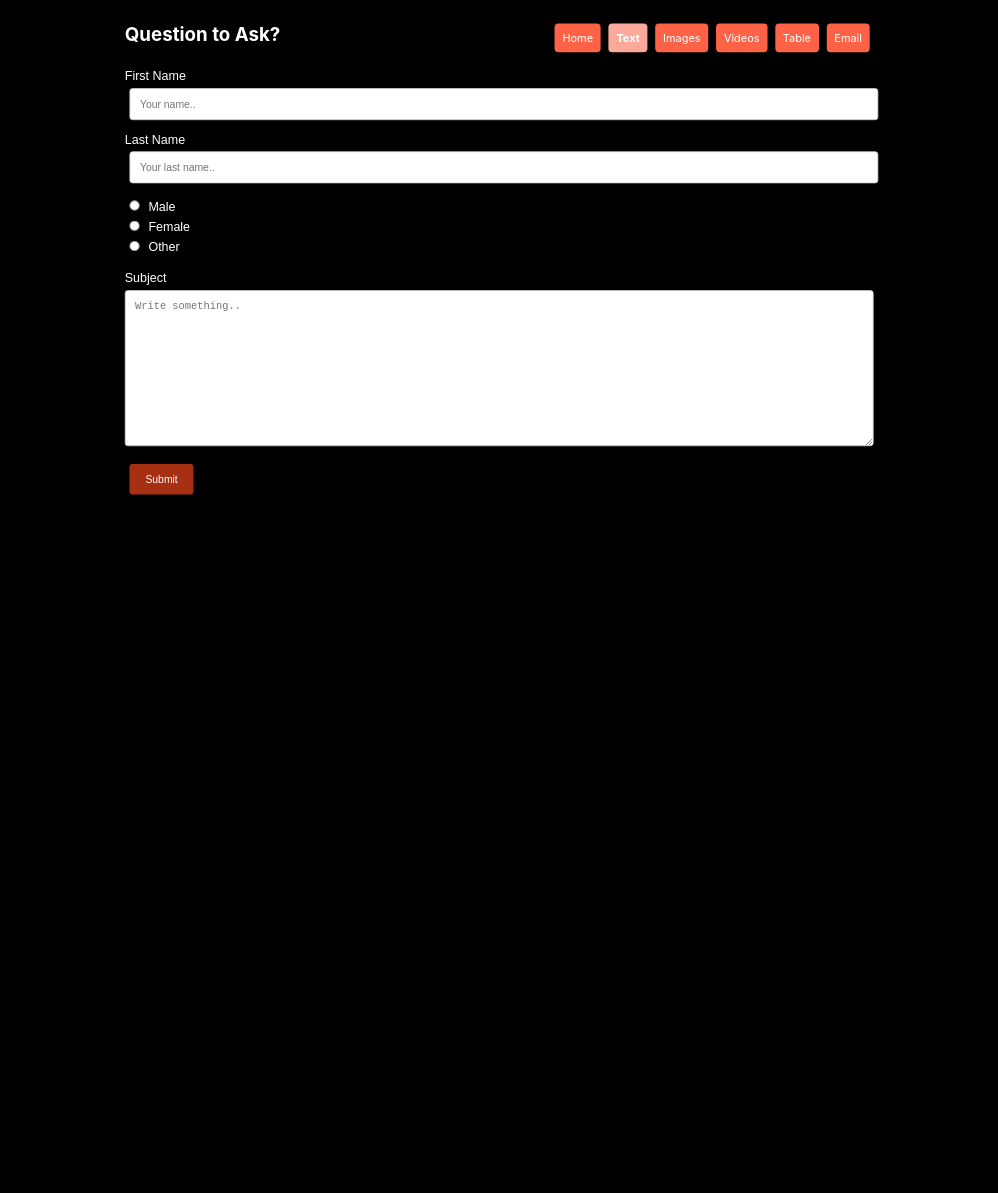
Repository: luhan68/personal_website
Page: text.html
These files come from the project's save history. The page is drawn as it stood at one moment and after the next save; the edit follows.
The browser window is 1280 px wide. The pictures show the whole page, at 78% of full size.

Above is the page before, as saved 2021-01-30 22:51:41.

After the next save:
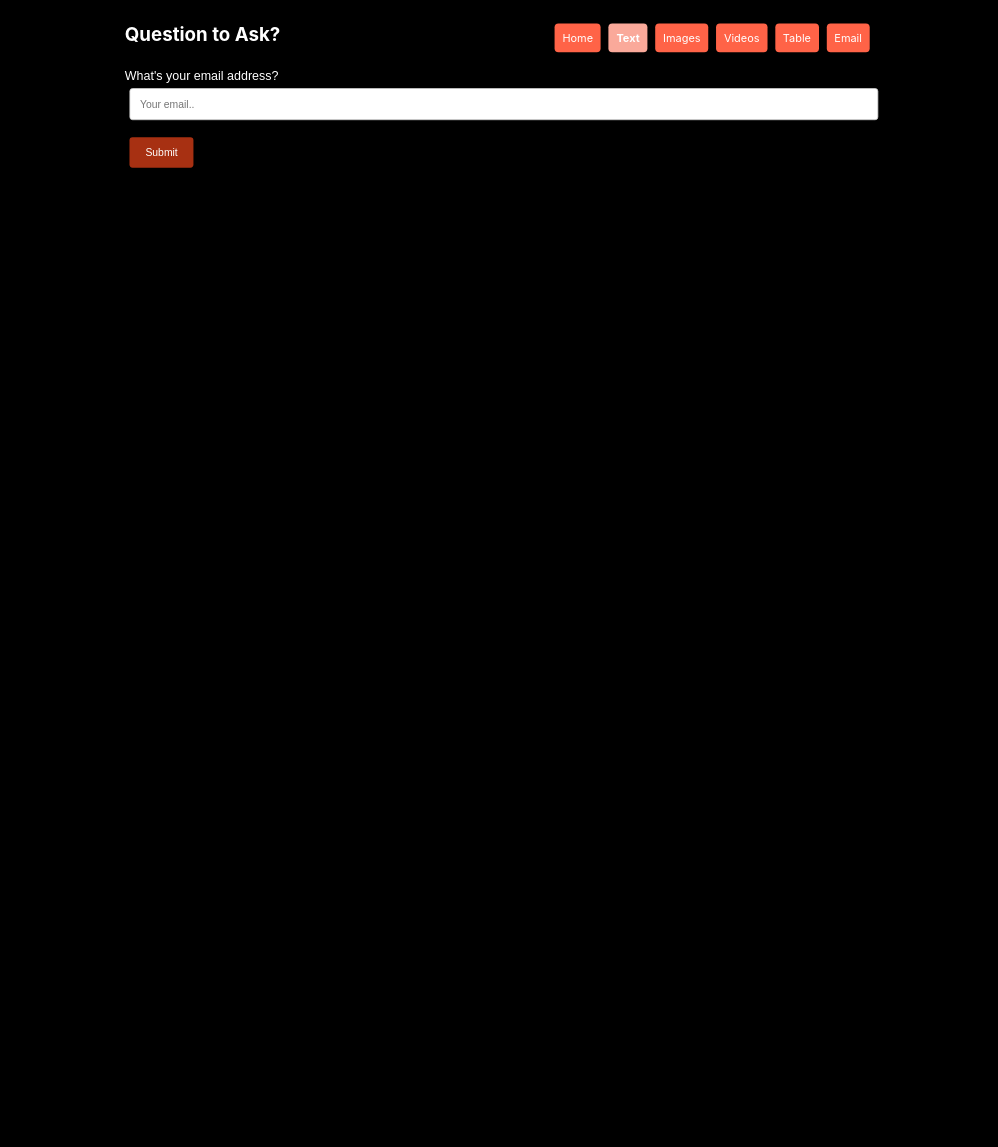
Saved 2 min 28 s later.
--- a/text.html
+++ b/text.html
@@ -15,34 +15,13 @@
     </div>
 
     <h2 class="title">Question to Ask?</h2>
-        <div class="container">
-            <form action="action_page.php">
+            <form>
 
-              <label for="fname">First Name</label>
-              <input type="text" id="fname" name="firstname" placeholder="Your name..">
-
-              <label for="lname">Last Name</label>
-              <input type="text" id="lname" name="lastname" placeholder="Your last name..">
-
-
-
-              <input type="radio" id="male" name="gender" value="male">
-                <label for="male">Male</label><br>
-                <input type="radio" id="female" name="gender" value="female">
-                <label for="female">Female</label><br>
-                <input type="radio" id="other" name="gender" value="other">
-                <label for="other">Other</label>
-
-
-              <br>
-              <br>
-              <label for="subject">Subject</label>
-              <textarea id="subject" name="subject" placeholder="Write something.." style="height:200px"></textarea>
-
+              <label for="fname">What's your email address?</label>
+              <input type="text" id="fname" name="firstname" placeholder="Your email..">
               <input type="submit" value="Submit">
 
             </form>
-          </div>
 
           <button class="scrollToTopBtn">☝️</button>
           <script type="text/javascript" src="script.js"></script>
